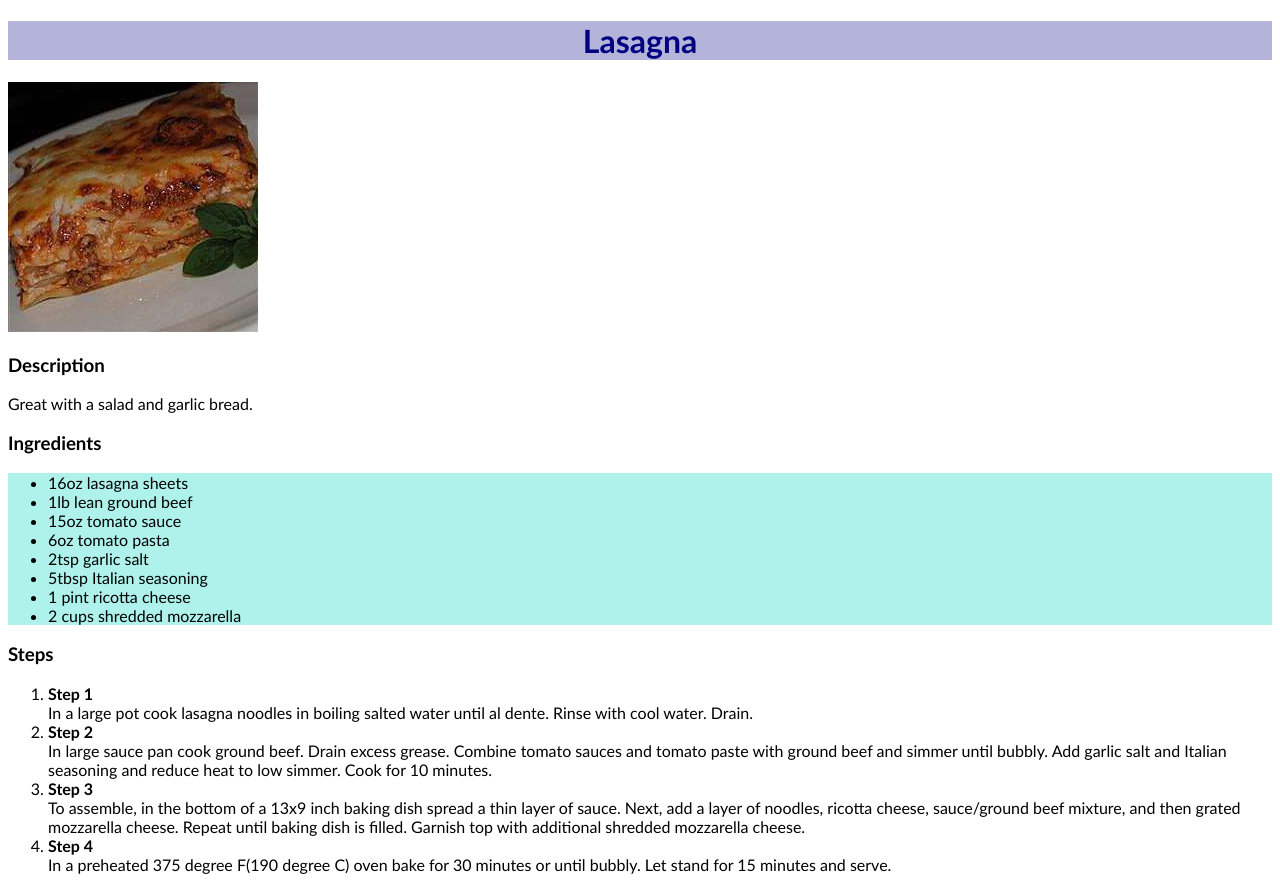
Repository: evemcd/odin_project
Page: odin-project1-recipes/recipes/lasagna.html
These files come from the project's save history. The page is drawn as it stood at one moment and after the next save; the edit follows.
The browser window is 1280 px wide. The pictures show the whole page.

Above is the page before, as saved 2022-02-01 13:19:33.

After the next save:
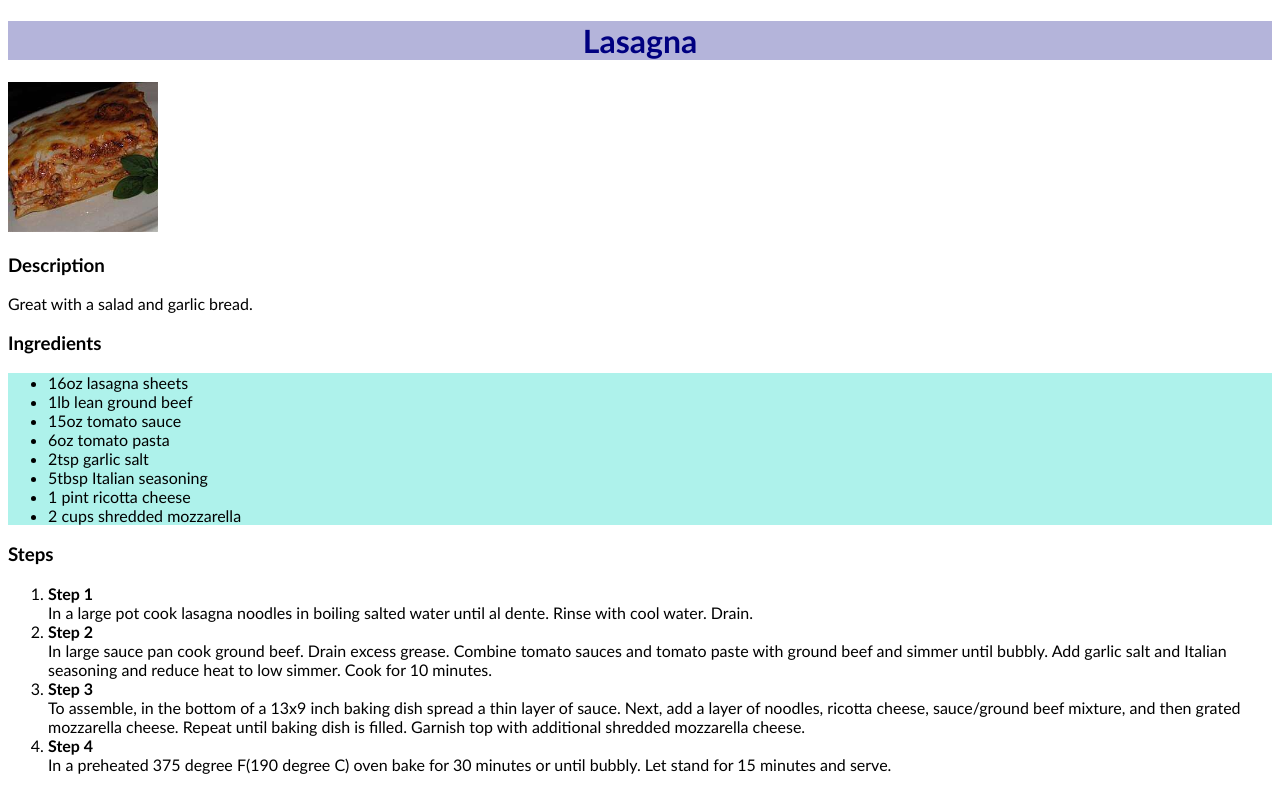
Saved 39 s later.
--- a/odin-project1-recipes/style.css
+++ b/odin-project1-recipes/style.css
@@ -11,3 +11,8 @@ h1 {
 ul {
     background-color: rgba(64, 224, 208, 0.425);
 }
+
+img {
+    width: 150px;
+    height: auto;
+}

After the save that followed:
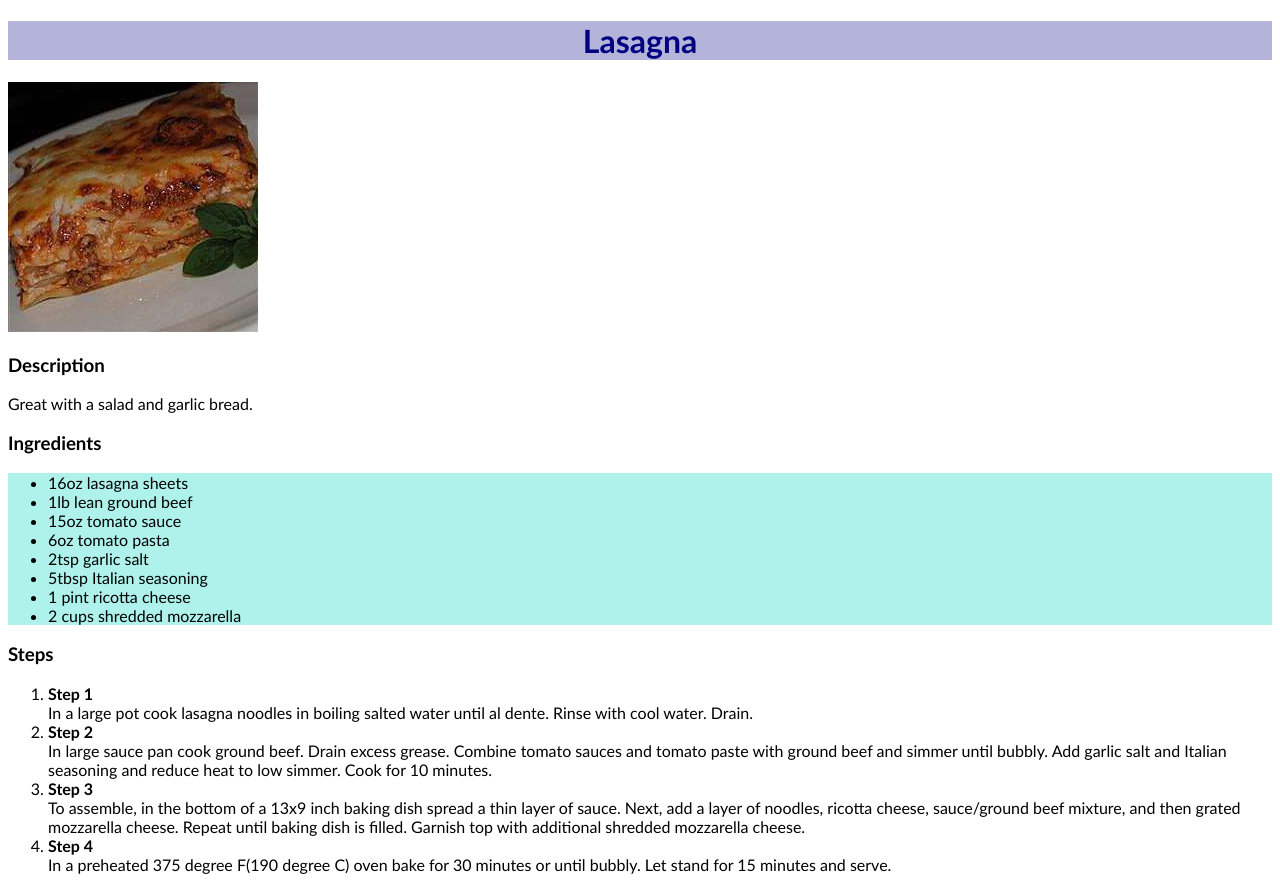
Saved 9 s later.
--- a/odin-project1-recipes/style.css
+++ b/odin-project1-recipes/style.css
@@ -13,6 +13,6 @@ ul {
 }
 
 img {
-    width: 150px;
+    width: 250px;
     height: auto;
 }
